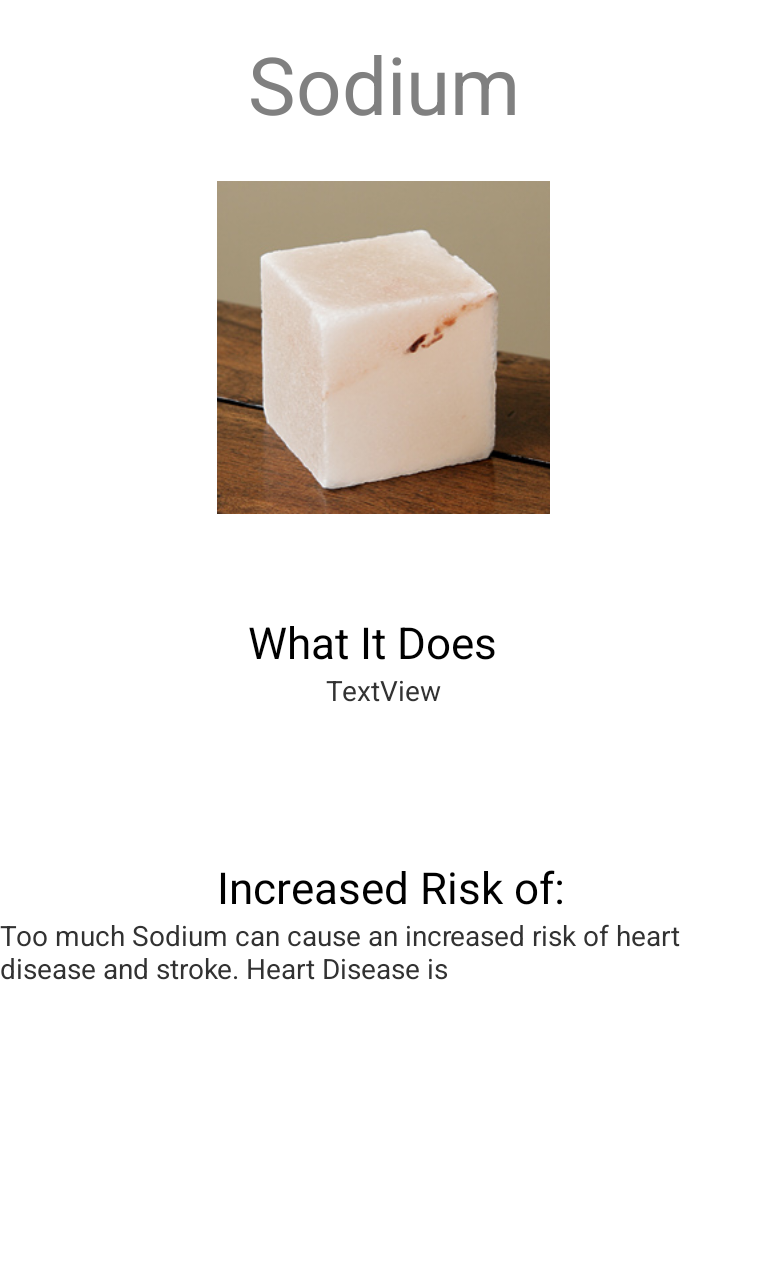
Repository: sehmon/workspace-eclipse
Layout: WhatAmIEating/res/layout/activity_detail.xml
An editor plug-in stored every save of this project. The layout is shown before and after the next save, followed by the edit.
It is drawn on a 768 x 1280 px phone screen (xhdpi) without system bars, with theme android:Theme.Holo.Light.NoActionBar.Fullscreen; the app's code is not run.

Above is the layout before, as saved 2014-04-13 16:12:54.

After the next save:
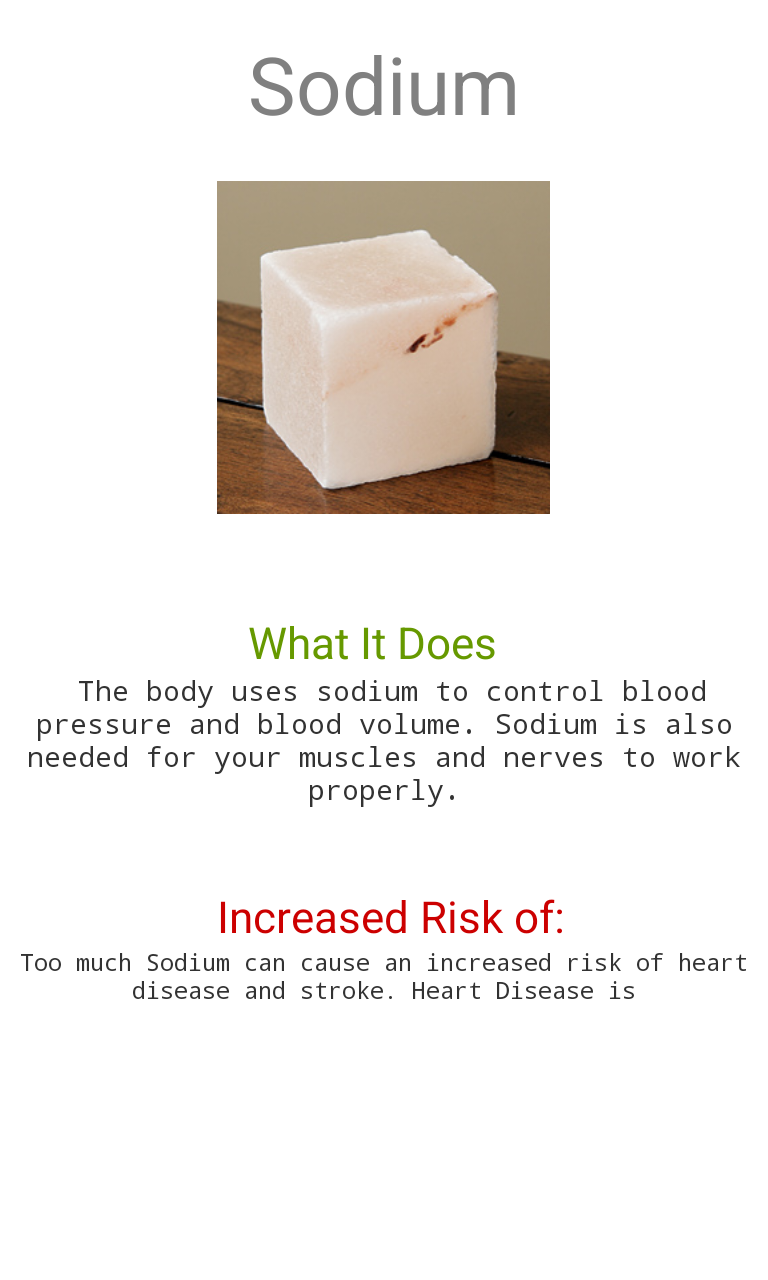
Saved 5 min 12 s later.
--- a/WhatAmIEating/res/layout/activity_detail.xml
+++ b/WhatAmIEating/res/layout/activity_detail.xml
@@ -18,24 +18,6 @@
         android:textSize="40dp" />
 
     <TextView
-        android:id="@+id/textView4"
-        android:layout_width="wrap_content"
-        android:layout_height="wrap_content"
-        android:layout_alignLeft="@+id/imageView1"
-        android:layout_below="@+id/textView3"
-        android:layout_marginTop="74dp"
-        android:text="Increased Risk of:"
-        android:textAppearance="?android:attr/textAppearanceLarge" />
-
-    <TextView
-        android:id="@+id/textView5"
-        android:layout_width="wrap_content"
-        android:layout_height="wrap_content"
-        android:layout_alignParentLeft="true"
-        android:layout_below="@+id/textView4"
-        android:text="Too much Sodium can cause an increased risk of heart disease and stroke. Heart Disease is" />
-
-    <TextView
         android:id="@+id/textView1"
         android:layout_width="wrap_content"
         android:layout_height="wrap_content"
@@ -43,7 +25,8 @@
         android:layout_below="@+id/imageView1"
         android:layout_marginTop="49dp"
         android:text="What It Does"
-        android:textAppearance="?android:attr/textAppearanceLarge" />
+        android:textAppearance="?android:attr/textAppearanceLarge"
+        android:textColor="#669900" />
 
     <TextView
         android:id="@+id/textView3"
@@ -51,7 +34,9 @@
         android:layout_height="wrap_content"
         android:layout_below="@+id/textView1"
         android:layout_centerHorizontal="true"
-        android:text="TextView" />
+        android:gravity="center_horizontal"
+        android:text=" The body uses sodium to control blood pressure and blood volume. Sodium is also needed for your muscles and nerves to work properly."
+        android:typeface="monospace" />
 
     <ImageView
         android:id="@+id/imageView1"
@@ -62,4 +47,26 @@
         android:layout_marginTop="22dp"
         android:src="@drawable/salt" />
 
+    <TextView
+        android:id="@+id/textView5"
+        android:layout_width="wrap_content"
+        android:layout_height="wrap_content"
+        android:layout_alignParentLeft="true"
+        android:layout_below="@+id/textView4"
+        android:gravity="center_horizontal"
+        android:text="Too much Sodium can cause an increased risk of heart disease and stroke. Heart Disease is"
+        android:textSize="12sp"
+        android:typeface="monospace" />
+
+    <TextView
+        android:id="@+id/textView4"
+        android:layout_width="wrap_content"
+        android:layout_height="wrap_content"
+        android:layout_alignLeft="@+id/imageView1"
+        android:layout_below="@+id/textView3"
+        android:layout_marginTop="39dp"
+        android:text="Increased Risk of:"
+        android:textAppearance="?android:attr/textAppearanceLarge"
+        android:textColor="#CC0000" />
+
 </RelativeLayout>
